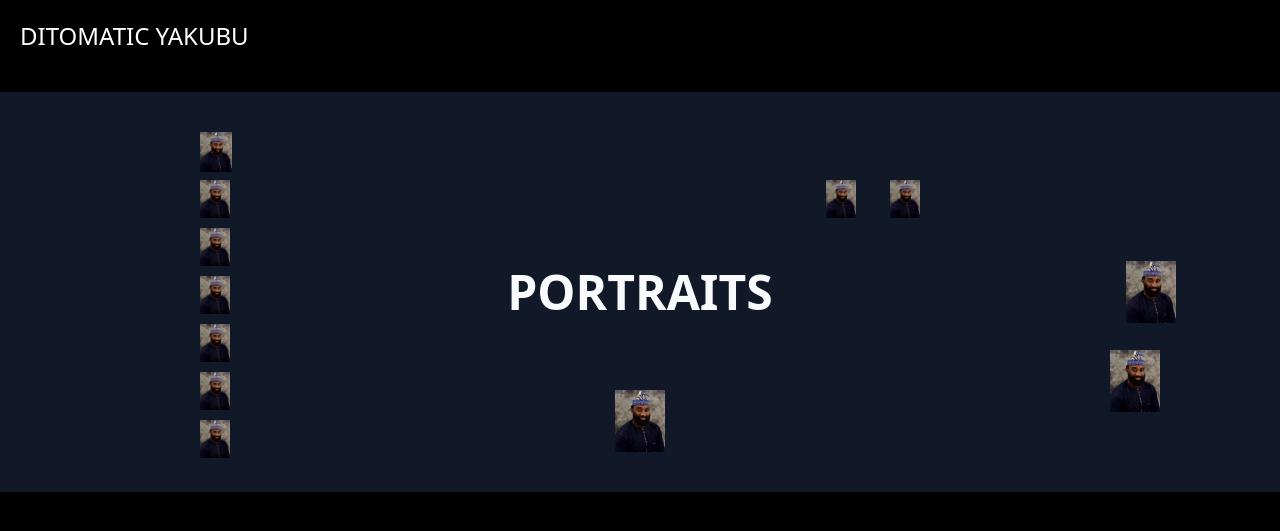
Repository: latenightsnacc/Ditomatic-Demo
Page: home.html
These files come from the project's save history. The page is drawn as it stood at one moment and after the next save; the edit follows.
The browser window is 1280 px wide. The pictures show the whole page.
Some web libraries are served in a nearby version.

Above is the page before, as saved 2021-02-24 12:09:09.

After the next save:
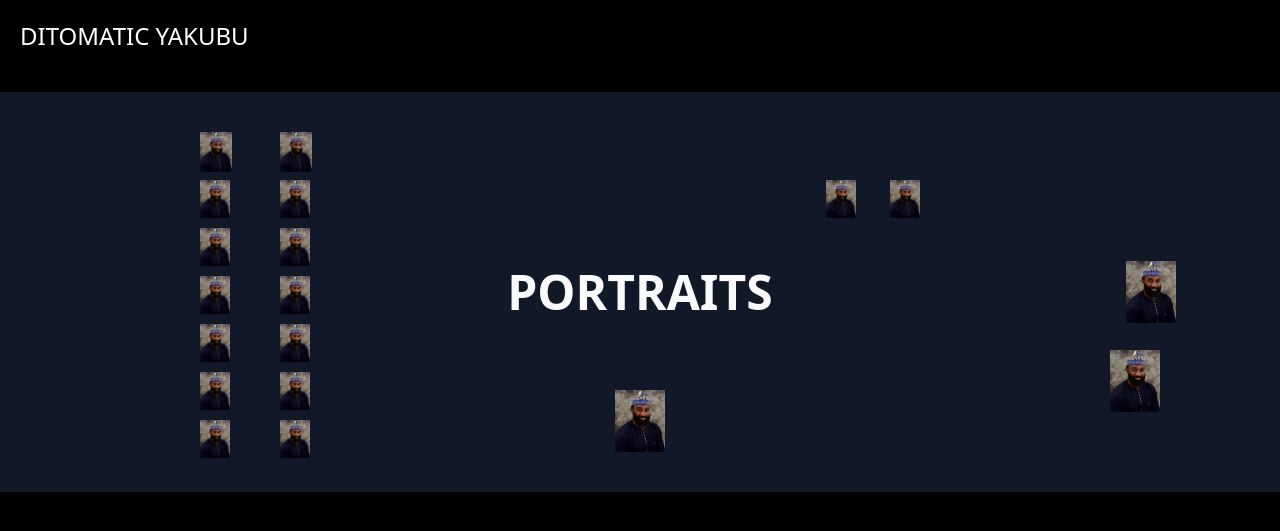
Saved 46 s later.
--- a/home.html
+++ b/home.html
@@ -61,6 +61,29 @@
                     <img src="images/malePortrait.jpg" width="30px">
                 </div>
                 <!--End of First Column-->
+
+                <!--Second Column-->
+                <div class="absolute left-60 top-0 z-0 hover:z-50">
+                    <img src="images/malePortrait.jpg"  class="w-8 z-0 zoom hover:z-50">
+                </div>
+                <div class="absolute left-60 top-12 z-0">
+                    <img src="images/malePortrait.jpg" width="30px" class="z-0">
+                </div>
+                <div class="absolute left-60 top-24">
+                    <img src="images/malePortrait.jpg" width="30px">
+                </div>
+                <div class="absolute left-60 top-36">
+                    <img src="images/malePortrait.jpg" width="30px">
+                </div>
+                <div class="absolute left-60 top-48">
+                    <img src="images/malePortrait.jpg" width="30px">
+                </div>
+                <div class="absolute left-60 top-60">
+                    <img src="images/malePortrait.jpg" width="30px">
+                </div>
+                <div class="absolute left-60 top-72">
+                    <img src="images/malePortrait.jpg" width="30px">
+                </div>
                 <div class="absolute right-80 top-12">
                     <img src="images/malePortrait.jpg" width="30px">
                 </div>
